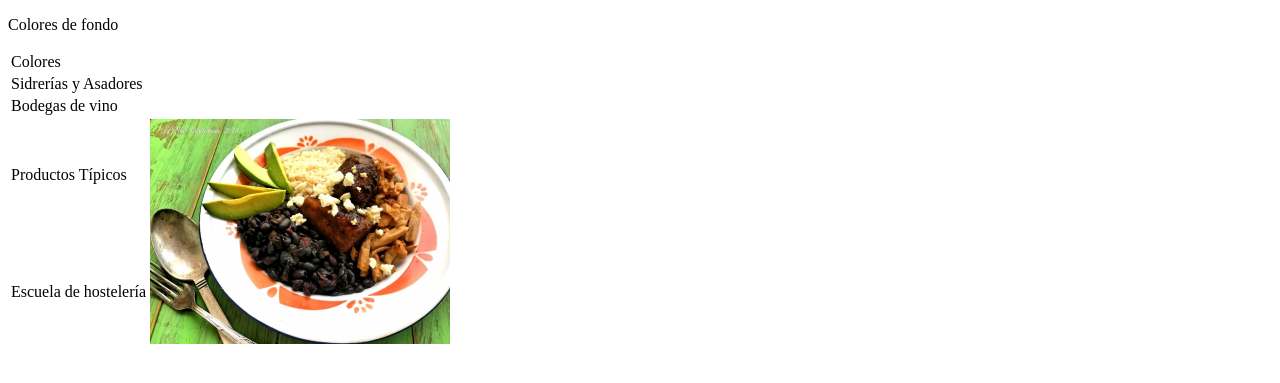
Repository: ThePerez/ArgProg
Page: Practicas ArgProg/Practica 3/Ejercicio 5/index.html
An editor plug-in stored every save of this project. The page is shown before and after the next save, followed by the edit.
The browser window is 1280 px wide. The pictures show the whole page.

Above is the page before, as saved 2023-03-14 11:45:31.

### Practicas ArgProg/Practica 3/Ejercicio 5/index.html
<!DOCTYPE html>
<html lang="en">

<head>
     <meta charset="UTF-8">
     <meta http-equiv="X-UA-Compatible" content="IE=edge">
     <meta name="viewport" content="width=device-width, initial-scale=1.0">
     <title>Ejercicio 5</title>
</head>

<body>
     <div id="principal">
          <p id="title">Colores de fondo</p>

          <table>
               <tr>
                    <td rowspan="">Colores</td>
               </tr>

               <tr>
                    <td>Sidrerías y Asadores</td>
               </tr>
               <tr>
                    <td>Bodegas de vino </td>
               </tr>
               <tr>
                    <td>Productos Típicos</td>
                    <td rowspan="2"><img src="../../assets/pabellon.jpg" alt="Cachapaz" width="50%" height="100%"></td>
               </tr>
               <tr>
                    <td>Escuela de hostelería</td>
               </tr>
     </div>
</body>

</html>

After the next save:
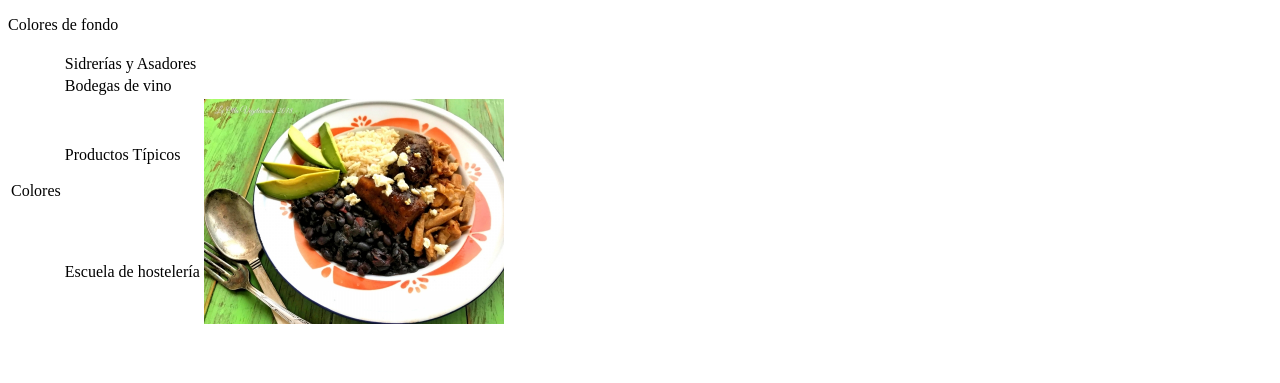
Saved 4 s later.
--- a/Practicas ArgProg/Practica 3/Ejercicio 5/index.html
+++ b/Practicas ArgProg/Practica 3/Ejercicio 5/index.html
@@ -14,7 +14,7 @@
 
           <table>
                <tr>
-                    <td rowspan="">Colores</td>
+                    <td rowspan="7">Colores</td>
                </tr>
 
                <tr>

After the save that followed:
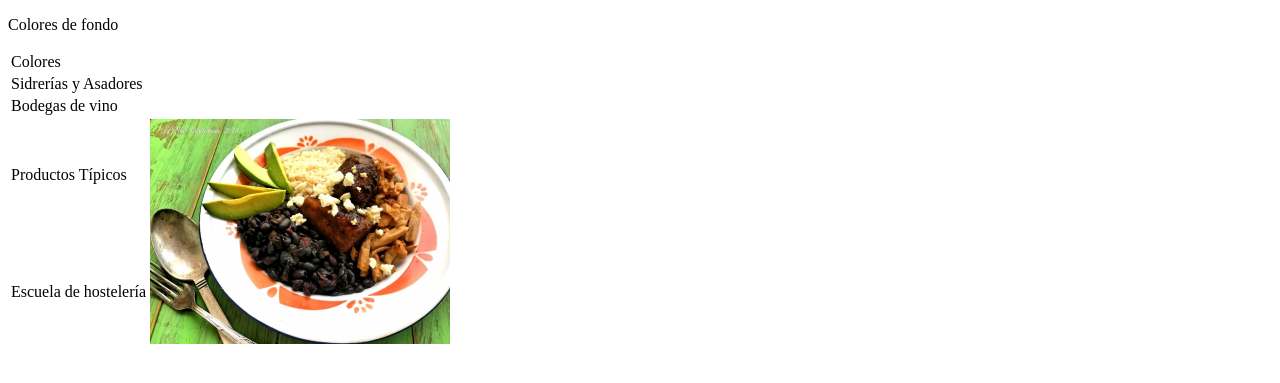
Saved 6 s later.
--- a/Practicas ArgProg/Practica 3/Ejercicio 5/index.html
+++ b/Practicas ArgProg/Practica 3/Ejercicio 5/index.html
@@ -14,7 +14,7 @@
 
           <table>
                <tr>
-                    <td rowspan="7">Colores</td>
+                    <td colspan="7">Colores</td>
                </tr>
 
                <tr>
